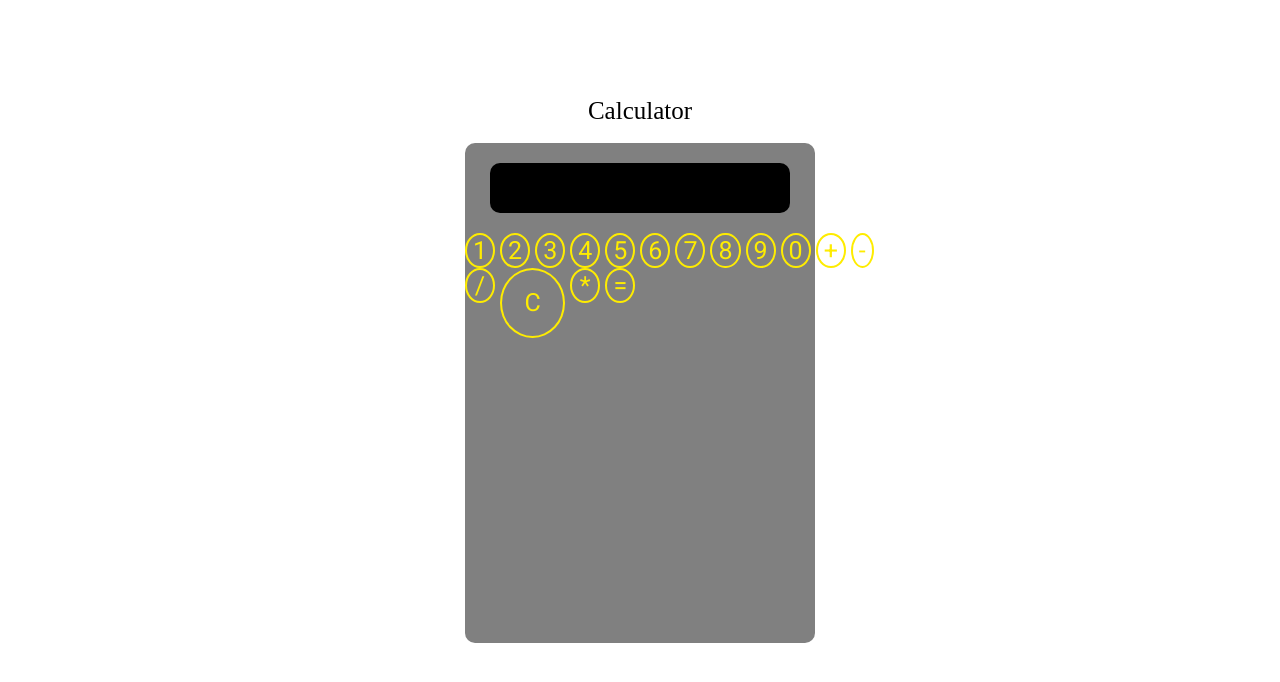
Repository: Gibon9/SimpleCalc
Page: index.html
An editor plug-in stored every save of this project. The page is shown before and after the next save, followed by the edit.
The browser window is 1280 px wide. The pictures show the whole page.
Some web fonts or font styles are not loaded; a fallback is used.

Above is the page before, as saved 2020-11-27 18:42:59.

After the next save:
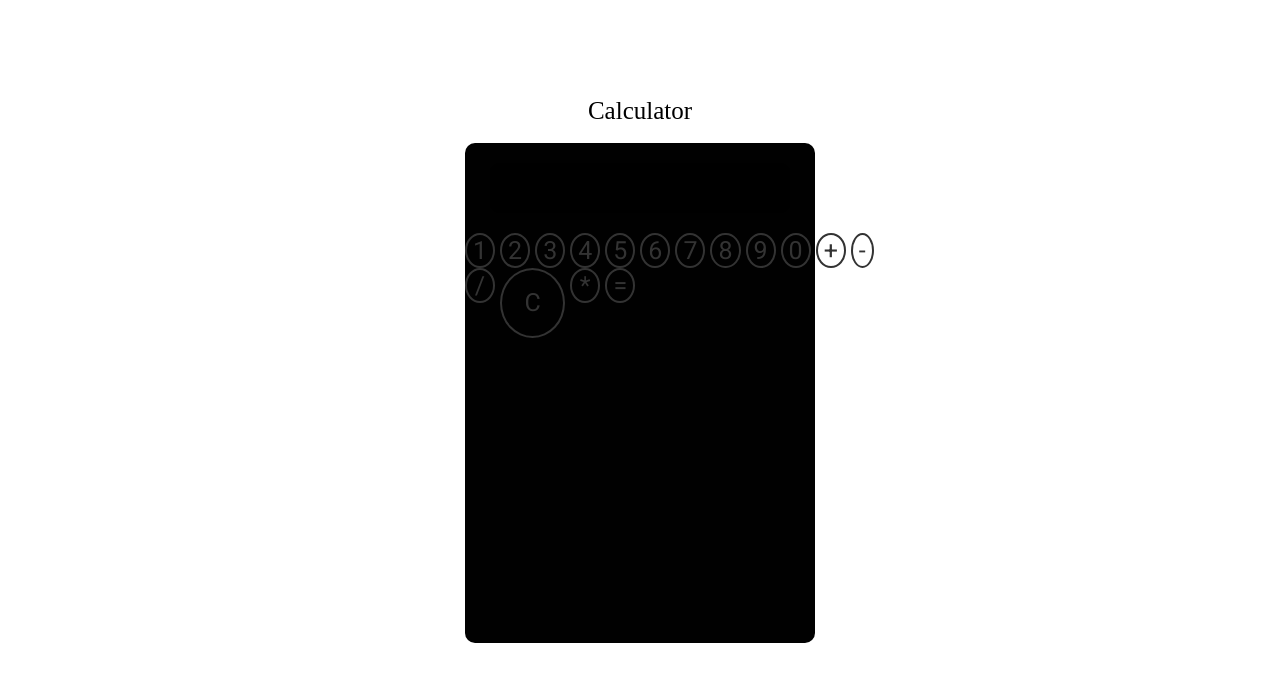
Saved 4 min 44 s later.
--- a/style/style.css
+++ b/style/style.css
@@ -1,10 +1,10 @@
 @import url("https://fonts.googleapis.com/css2?family=Roboto&family=Saira+Stencil+One&display=swap");
 
 :root {
-  --background-color: grey;
+  --background-color: #010101;
   --display-color: black;
-  --primary-color: #05e93a;
-  --secondary-color: #feec00;
+  --primary-color: ##a5a5a5;
+  --secondary-color: #333333;
 }
 
 .calc-display,
